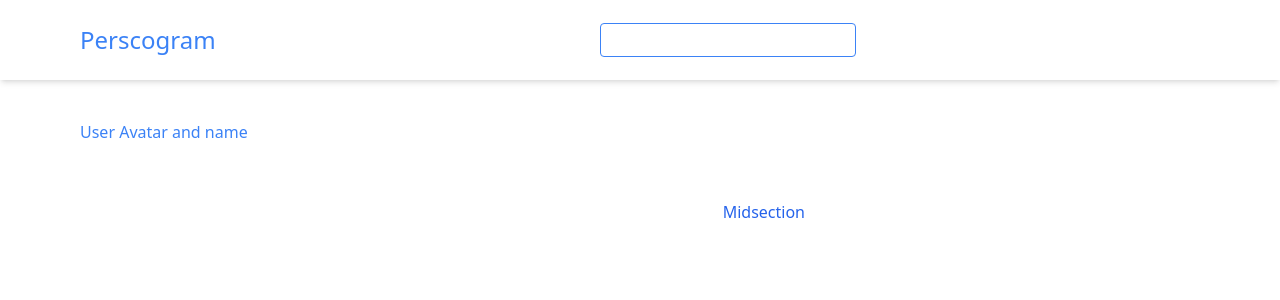
Repository: brandford7/perscogram
Page: /
These files come from the project's save history. The page is drawn as it stood at one moment and after a run of saves; the edit follows.
The browser window is 1280 px wide. The pictures show the whole page.
The project was rebuilt for these pictures with package versions that can differ from the ones it lists, and the page was loaded fresh each time. The framework's server and built-in components were replaced by stand-ins that run in the browser. Also part of the build but not shown: next.config.js.

Above is the page before, as saved 2022-12-15 22:35:05.

### pages/index.js
import Head from "next/head";
import { Header, Midsection, Sidebar } from "../components";

export default function Home() {
  return (
    <>
      <Head>
        <title>Perscogram</title>
        <meta name="description" content="Generated by create next app" />
        <meta name="viewport" content="width=device-width, initial-scale=1" />
        <link rel="icon" href="/favicon.ico" />
      </Head>

      <div className=" w-screen h-screen text-black ">
        <header>
          <Header />
        </header>
        <section className="flex mt-10 ">
          <aside>
            <Sidebar />
          </aside>
          <main className="flex  mx-auto">
            <Midsection />
          </main>
        </section>
      </div>
    </>
  );
}

### styles/globals.css
@tailwind base;
@tailwind components;
@tailwind utilities;

* {
  box-sizing: border-box;
  padding: 0;
  margin: 0;
}

html,
body {
  max-width: 100vw;
  overflow-x: hidden;
}

body {
  color: rbg(--foreground-rgb);
  background: linear-gradient(
      to bottom,
      transparent,
      rgb(var(--background-end-rgb))
    )
    rgb(var(--background-start-rgb));
}

a {
  color: inherit;
  text-decoration: none;
}

@media (prefers-color-scheme: dark) {
  html {
    color-scheme: dark;
  }
}

### components/index.js
export { default as Midsection } from './Midsection'
export { default as Sidebar } from './Sidebar'
export { default as Header } from './Header'
export { default as Searchbar } from './Searchbar'

### components/Midsection.jsx
import React from 'react'

const Midsection = () => {
  return (
    <div className= 'mt-20 text-blue-600'>Midsection</div>
  )
}

export default Midsection

### components/Sidebar.jsx
import React from "react";

const Sidebar = () => {
  return <div className="ml-20 text-blue-500">User Avatar and name</div>;
};

export default Sidebar;

### components/Header.jsx
import React from "react";
import Searchbar from "./Searchbar";

const Header = () => {
  return (
    <div className="flex items-center h-20  shadow-md">
          <h1 className="text-blue-500 text-2xl ml-20">Perscogram</h1>
          <Searchbar/>
    </div>
  );
};

export default Header;

### components/Searchbar.jsx
import React from "react";

const Searchbar = () => {
  return (
    <div className="ml-96">
      <input className="border border-blue-500 rounded w-64 p-1" type="text" />
    </div>
  );
};

export default Searchbar;

Loaded but not shown: pages/_app.js (common file); pages/_document.js (common file); tailwind.config.js (common file)

After the next 2 saves:
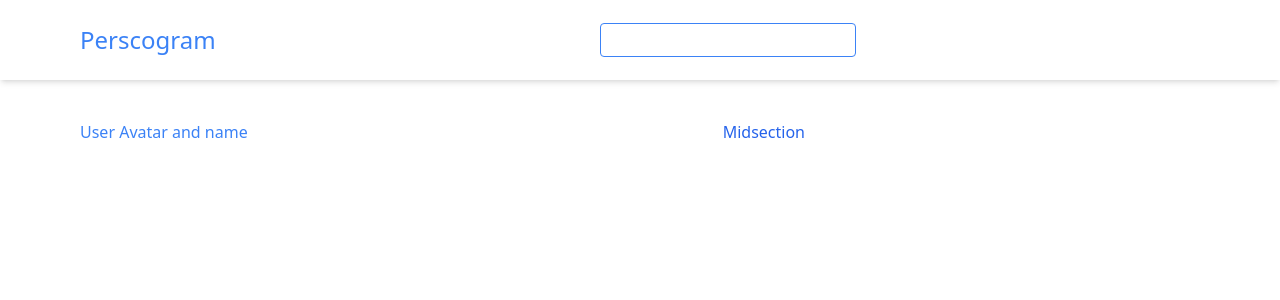
The 2 saves are shown as one change because they came seconds apart.
The last was saved 3 min 51 s later.
--- a/components/Midsection.jsx
+++ b/components/Midsection.jsx
@@ -2,7 +2,7 @@
 
 const Midsection = () => {
   return (
-    <div className= 'mt-20 text-blue-600'>Midsection</div>
+    <div className= ' text-blue-600'>Midsection</div>
   )
 }
 
